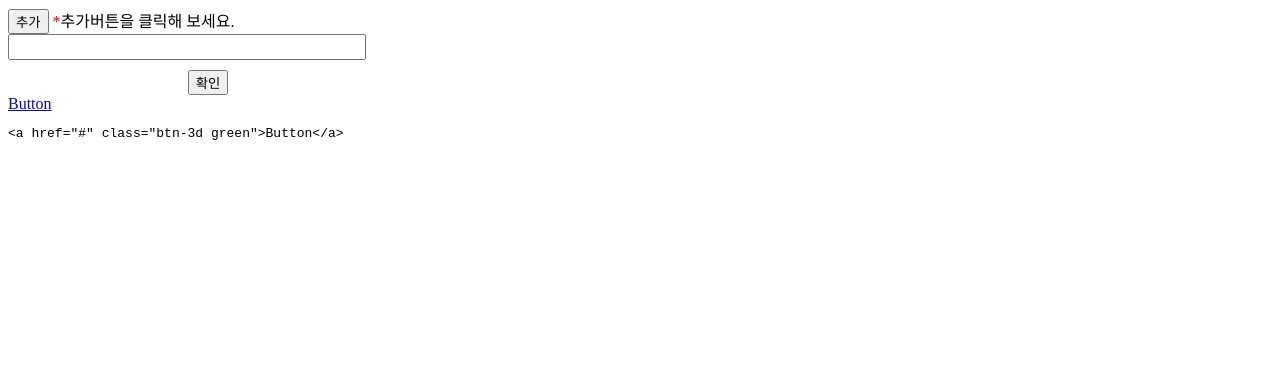
Repository: minkyung0421/jsp_travel_project
Page: http://localhost/Travel_Project/layerTest.jsp
The author's editor kept a copy of each file at every save. The page is drawn from the files as they stood at one save, then again after the next save.
The browser window is 1280 px wide. The pictures show the whole page.
Some web libraries are served in a nearby version. The page is served by Tomcat 9. Other server files are loaded and not shown.

Above is the page before, as saved 2018-08-21 05:41:13.

### jsp_travel_project/Travel_Project/WebContent/layerTest.jsp
<%@ page language="java" contentType="text/html; charset=UTF-8"
    pageEncoding="UTF-8"%>
<!DOCTYPE html PUBLIC "-//W3C//DTD HTML 4.01 Transitional//EN" "http://www.w3.org/TR/html4/loose.dtd">
<html>
<head>
<meta http-equiv="Content-Type" content="text/html; charset=UTF-8">
<script src="//ajax.googleapis.com/ajax/libs/jquery/1.9.1/jquery.min.js"></script>
<script src = "http://ajax.googleapis.com/ajax/libs/jquery/1/jquery.min.js"></script>
<script src = "http://malsup.github.com/jquery.cycle2.js"></script>
<title>Insert title here</title>
</head>
<style>
.mySlides {display:none;}
</style>
<body>
<script language="javascript">

</script>
<form name="form" method="post">
<table width="400" border="0" cellspacing="0" cellpadding="0">
  <tr>
    <td colspan="2" align="left" bgcolor="#FFFFFF">
      <table width="100%" border="0" cellpadding="0" cellspacing="0">
        <tr>
         <td colspan="5" bgcolor="#FFFFFF" height="25" align="left"><input name="addButton" type="button" style="cursor:hand" onClick="insRow()" value="추가">
         <font color="#FF0000">*</font>추가버튼을 클릭해 보세요.</td>
        </tr>
        <tr>
         <td height="25">
          <table id="addTable" width="400" cellspacing="0" cellpadding="0" bgcolor="#FFFFFF" border="0">
            <tr>
              <td><input type="text" name="addText[]" style="width:350px; height:20px;"></td>
              <td align="left"></td>
            </tr>
          </table></td>
        </tr>
       </table>
      </td>
   </tr>
 </table>
 <table width="400" border="0" cellspacing="0" cellpadding="0">
    <tr>
    <td height="10">
    </td>
    </tr>
    <tr>
    <td align="center">
    <input type="button" name="button" value="확인" onClick="frmCheck();">
    </td>
   </tr>
 </table>
 <div class="btn-container">
    <a href="#" class="btn-3d green">Button</a>
    <pre>&lt;<span class="anc">a</span> <span class="att">href</span>=<span class="val">"#"</span> <span class="att">class</span>=<span class="val">"btn-3d green"</span>>Button&lt;/<span class="anc">a</span>></pre>
</div>
</form>
</body>
</html>

After the next save:
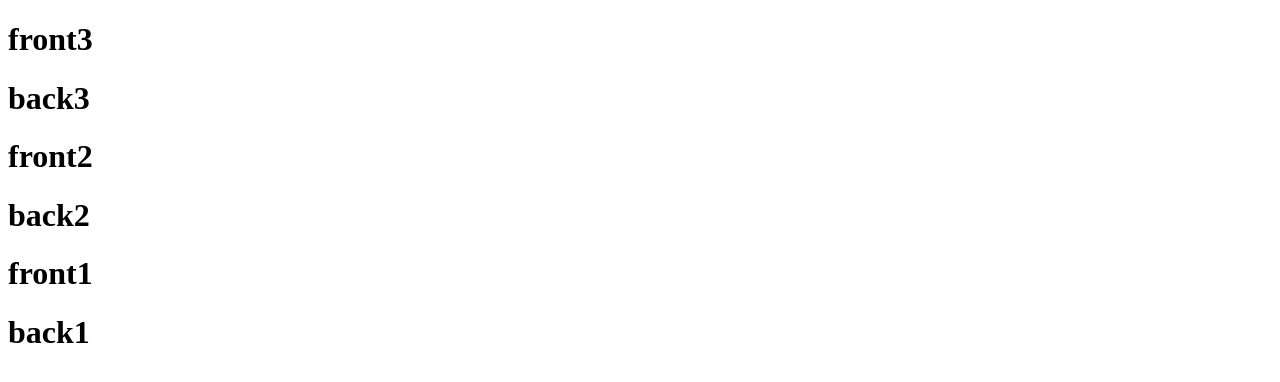
Saved 77 min 7 s later.
--- a/jsp_travel_project/Travel_Project/WebContent/layerTest.jsp
+++ b/jsp_travel_project/Travel_Project/WebContent/layerTest.jsp
@@ -16,43 +16,29 @@
 <script language="javascript">
 
 </script>
-<form name="form" method="post">
-<table width="400" border="0" cellspacing="0" cellpadding="0">
-  <tr>
-    <td colspan="2" align="left" bgcolor="#FFFFFF">
-      <table width="100%" border="0" cellpadding="0" cellspacing="0">
-        <tr>
-         <td colspan="5" bgcolor="#FFFFFF" height="25" align="left"><input name="addButton" type="button" style="cursor:hand" onClick="insRow()" value="추가">
-         <font color="#FF0000">*</font>추가버튼을 클릭해 보세요.</td>
-        </tr>
-        <tr>
-         <td height="25">
-          <table id="addTable" width="400" cellspacing="0" cellpadding="0" bgcolor="#FFFFFF" border="0">
-            <tr>
-              <td><input type="text" name="addText[]" style="width:350px; height:20px;"></td>
-              <td align="left"></td>
-            </tr>
-          </table></td>
-        </tr>
-       </table>
-      </td>
-   </tr>
- </table>
- <table width="400" border="0" cellspacing="0" cellpadding="0">
-    <tr>
-    <td height="10">
-    </td>
-    </tr>
-    <tr>
-    <td align="center">
-    <input type="button" name="button" value="확인" onClick="frmCheck();">
-    </td>
-   </tr>
- </table>
- <div class="btn-container">
-    <a href="#" class="btn-3d green">Button</a>
-    <pre>&lt;<span class="anc">a</span> <span class="att">href</span>=<span class="val">"#"</span> <span class="att">class</span>=<span class="val">"btn-3d green"</span>>Button&lt;/<span class="anc">a</span>></pre>
-</div>
-</form>
+<div class="bookWrapper">
+  <div class="bookBg">
+    <div class="pageBg centerClass">
+      <div class="pageWrapper">
+        <div id="page3" class="page">
+          <div class="pageFace front"><h1>front3</h1>
+            <div class="pageFoldRight"></div></div>
+          <div class="pageFace back"><h1>back3</h1>
+            <div class="pageFoldLeft"></div></div>
+        </div>
+        <div id="page2" class="page">
+          <div class="pageFace front"><h1>front2</h1>
+            <div class="pageFoldRight"></div></div>
+          <div class="pageFace back"><h1>back2</h1>
+            <div class="pageFoldLeft"></div></div>
+        </div>
+        <div id="page1" class="page">
+          <div class="pageFace front"><h1>front1</h1>
+            <div class="pageFoldRight"></div></div>
+          <div class="pageFace back"><h1>back1</h1>
+            <div class="pageFoldLeft"></div></div>
+        </div>
+      </div>
+
 </body>
 </html>
